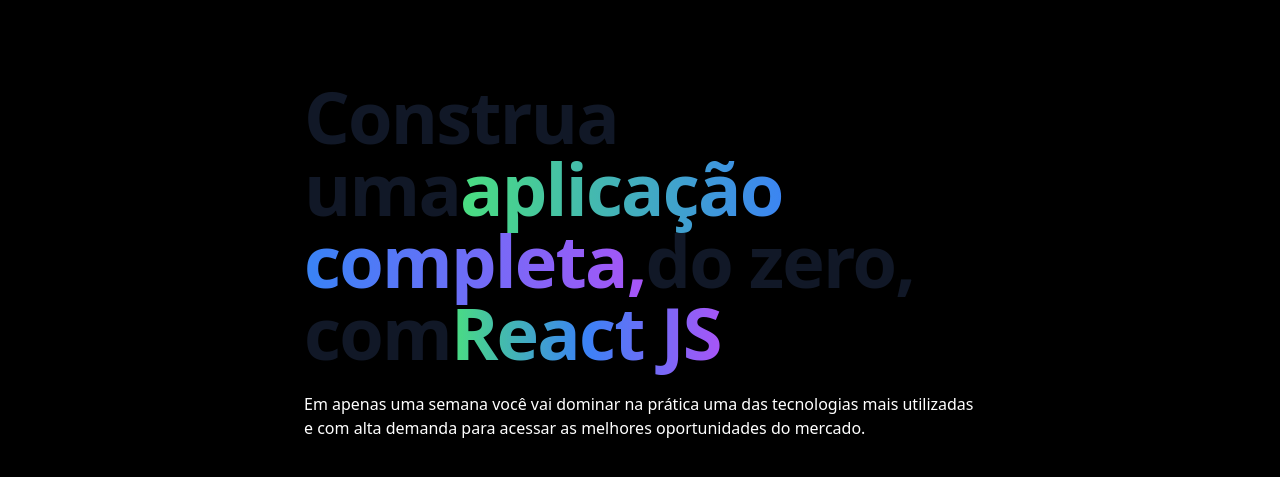
Repository: LuisSempre/Ignite-Lab---ReactJs-2022
Page: /
An editor plug-in stored every save of this project. The page is shown before and after the next save, followed by the edit.
The browser window is 1280 px wide. The pictures show the whole page.
The project was rebuilt for these pictures with package versions that can differ from the ones it lists, and the page was loaded fresh each time. Also part of the build but not shown: vite.config.ts, components/Header.tsx, components/Lesson.tsx, components/Sidebar.tsx, pages/Event.tsx. Imported but missing from the stored project, and not drawn on this page: components/Video.

Above is the page before, as saved 2022-06-24 23:32:35.

After the next save:
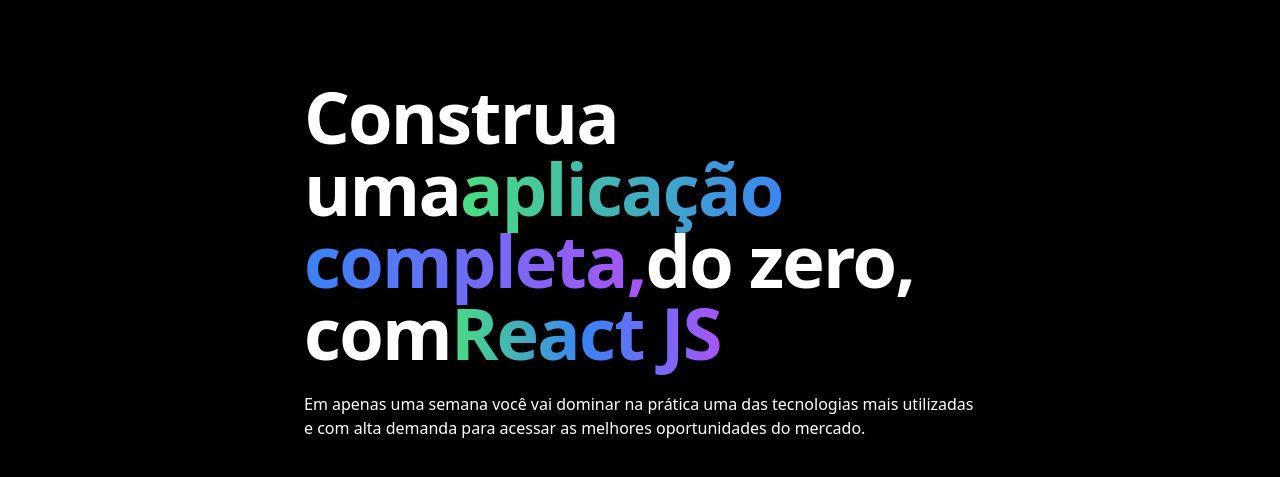
Saved 18 s later.
--- a/pages/Subscribe.tsx
+++ b/pages/Subscribe.tsx
@@ -4,7 +4,7 @@
         <div className='flex flex-col items-center min-h-screen'>
             <div className="flex items-center justify-between max-w-6xl mx-auto mt-20">
                 <div className="max-w-2xl">
-                    <h1 className="mb-6 text-xl font-extrabold leading-none tracking-normal text-gray-900 md:text-7xl md:tracking-tight">
+                    <h1 className="mb-6 text-xl font-extrabold leading-none tracking-normal md:text-7xl md:tracking-tight">
                         Construa uma
                         <span className="block w-full text-transparent bg-clip-text bg-gradient-to-r from-green-400 via-blue-500 to-purple-500 lg:inline">
                             aplicação completa,
@@ -15,7 +15,7 @@
                         </span>
                     </h1>
                     <p>
-                    Em apenas uma semana você vai dominar na prática uma das tecnologias mais utilizadas e com alta demanda para acessar as melhores oportunidades do mercado.
+                        Em apenas uma semana você vai dominar na prática uma das tecnologias mais utilizadas e com alta demanda para acessar as melhores oportunidades do mercado.
                     </p>
                 </div>
             </div>
